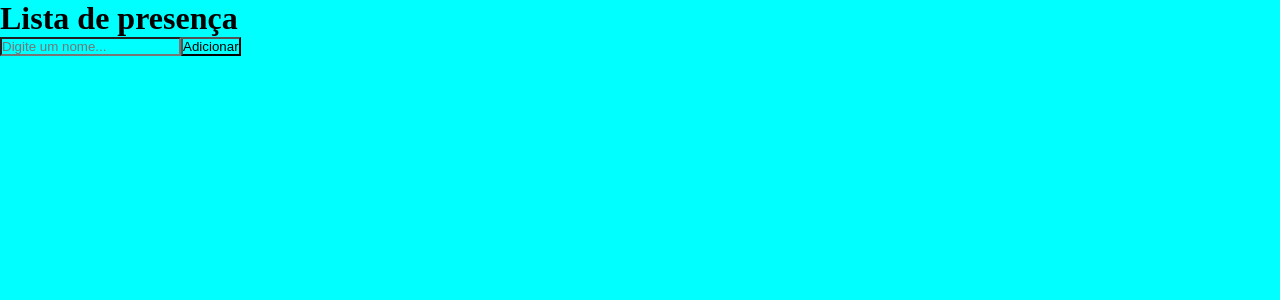
Repository: joaovnogueira/reactapp
Page: /
An editor plug-in stored every save of this project. The page is shown before and after the next save, followed by the edit.
The browser window is 1280 px wide. The pictures show the whole page.
The project was rebuilt for these pictures with package versions that can differ from the ones it lists, and the page was loaded fresh each time. Also part of the build but not shown: vite.config.js.

Above is the page before, as saved 2022-04-25 19:28:47.

After the next save:
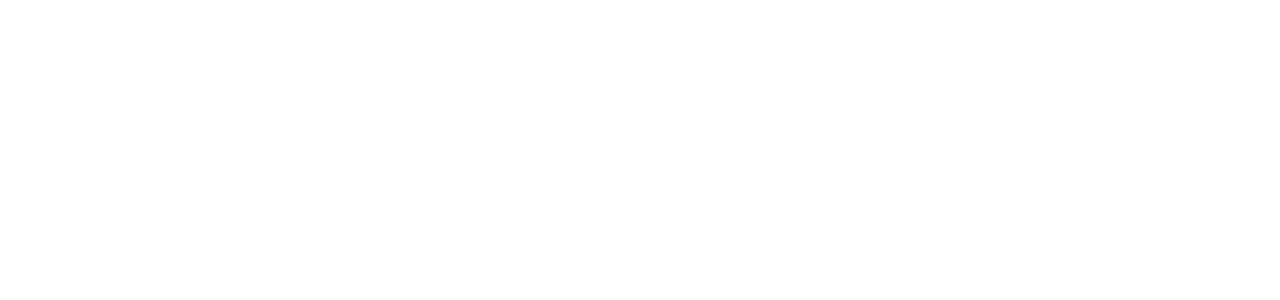
Console error: ReferenceError: App is not defined
Saved 11 s later.
--- a/src/pages/Home.jsx
+++ b/src/pages/Home.jsx
@@ -1,4 +1,4 @@
-function App() {
+function Home() {
 
   return (
     <div>

After the 3 saves that followed:
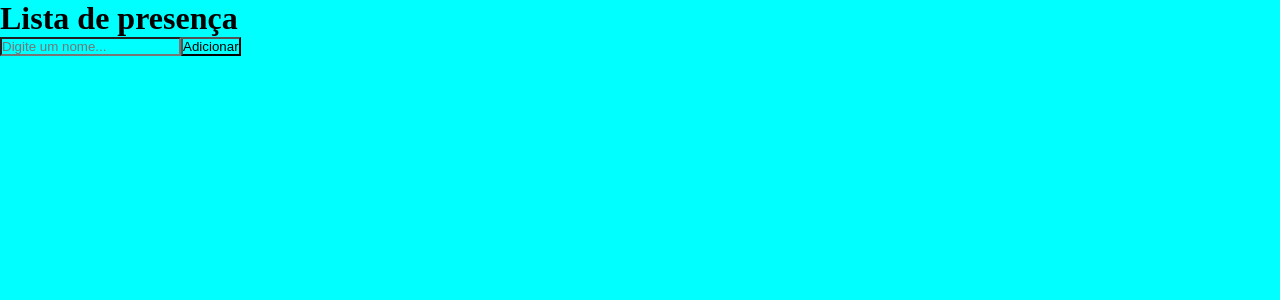
The error is gone.
The 3 saves are shown as one change because 1 left the picture as it was and some came seconds apart.
The last was saved 28 s later.
--- a/src/main.jsx
+++ b/src/main.jsx
@@ -1,10 +1,10 @@
 import React from 'react'
 import ReactDOM from 'react-dom/client'
-import App from './pages/Home'
+import Home from './pages/Home'
 import './styles/global.css'
 
 ReactDOM.createRoot(document.getElementById('root')).render(
   <React.StrictMode>
-    <App />
+    <Home />
   </React.StrictMode>
 )
--- a/src/pages/Home.jsx
+++ b/src/pages/Home.jsx
@@ -9,4 +9,4 @@
   )
 }
 
-export default App
+export default Home
